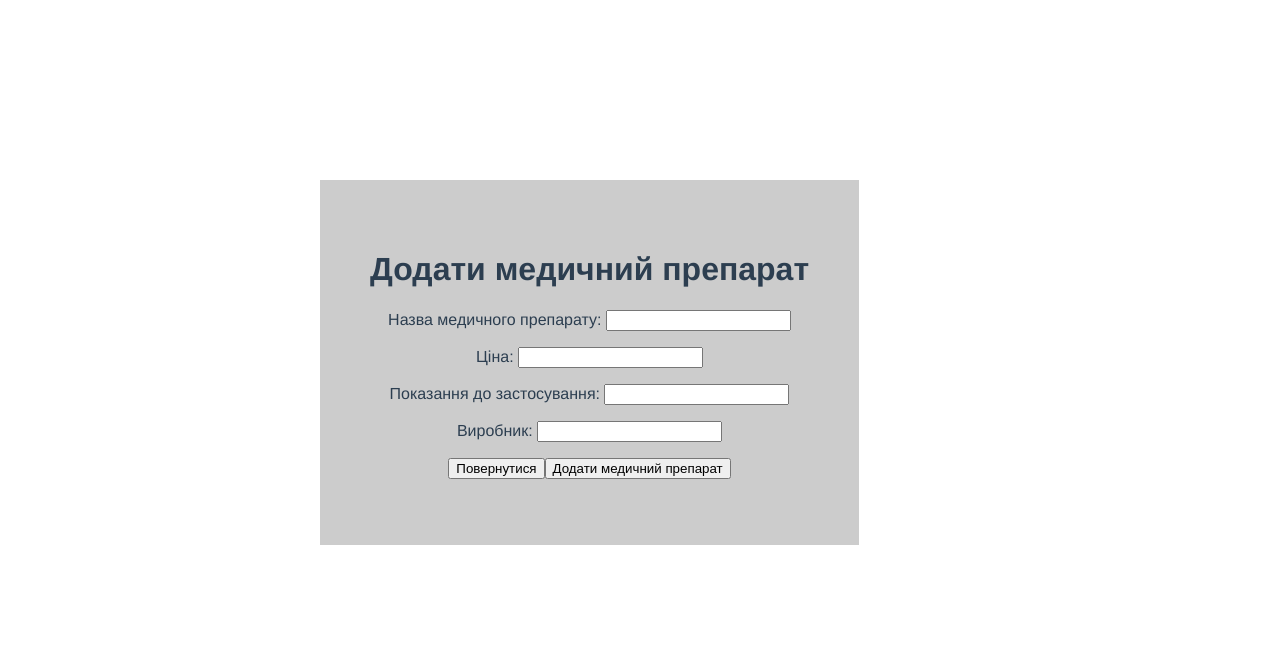
Repository: kristinap8/pharmacy
Page: /add_medicine
The author's editor kept a copy of each file at every save. The page is drawn from the files as they stood at one save, then again after the next save.
The browser window is 1280 px wide. The pictures show the whole page.
The project was rebuilt for these pictures with package versions that can differ from the ones it lists, and the page was loaded fresh each time. Also part of the build but not shown: src/components/EditMedicineForm/index.vue, src/pages/EditMedicine/index.vue, src/components/MedicinesList/MedicineCard/index.vue, src/components/MedicinesList/index.vue, src/pages/AllMedicines/index.vue, src/components/CartForm/index.vue, src/pages/Cart/index.vue.

Above is the page before, as saved 2020-12-09 23:42:25.

After the next save:
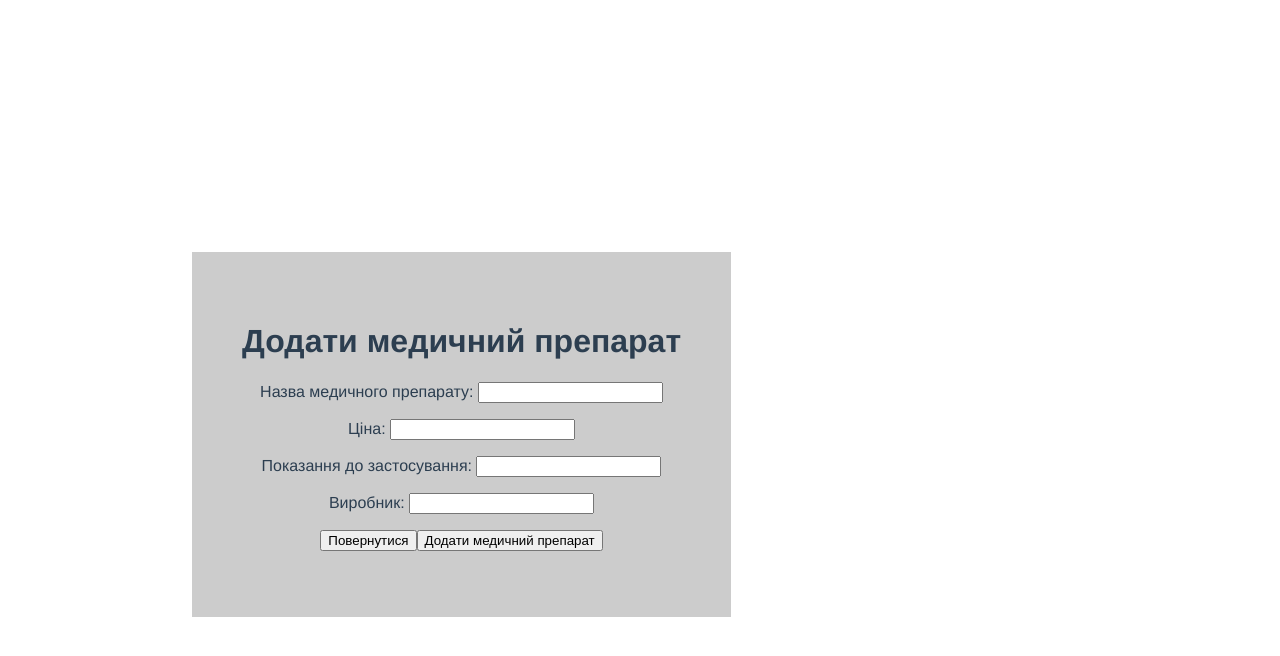
Saved 12 s later.
--- a/src/components/AddMedicineForm/index.vue
+++ b/src/components/AddMedicineForm/index.vue
@@ -69,7 +69,7 @@ import { mapActions } from 'vuex'
     padding: 50px;
     background: #ccc;
     position: fixed;
-    top: 25%; left: 25%;
+    top: 35%; left: 15%;
 
 }
 
